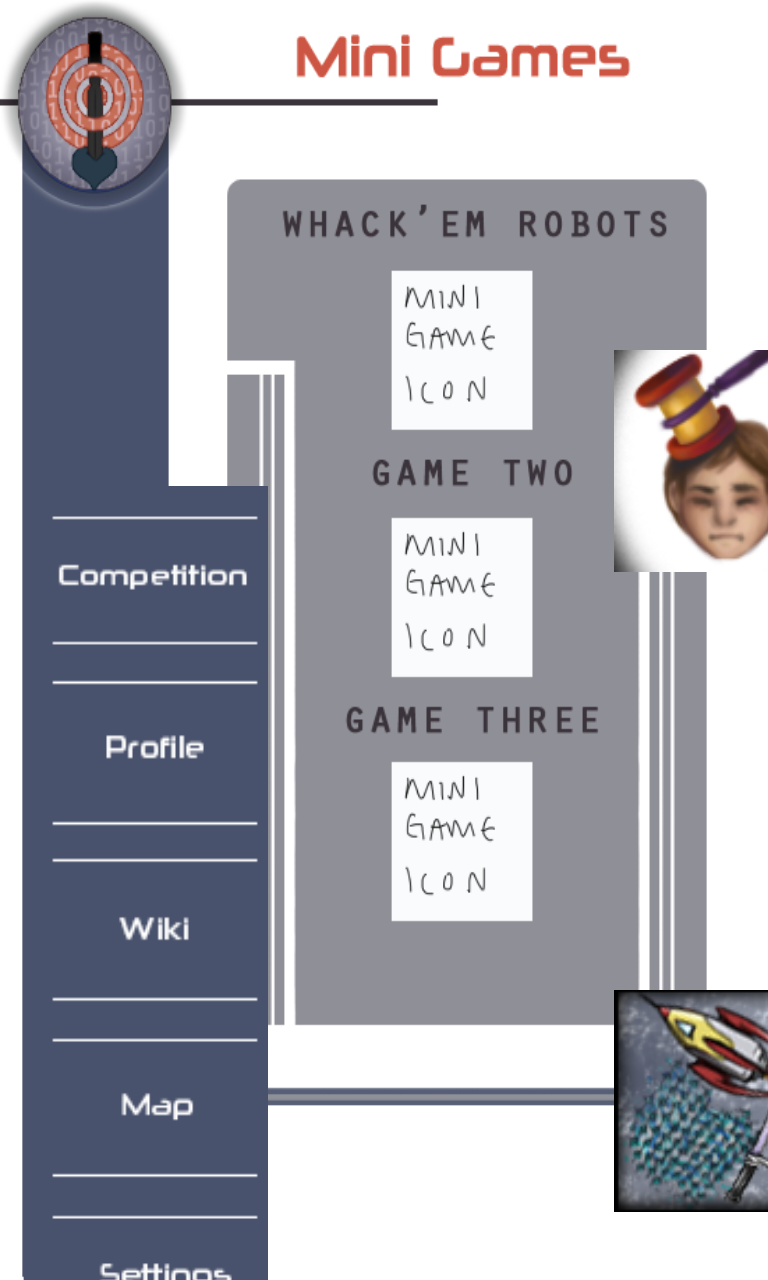
Repository: BU-HuangJ/angrybots_android_app
Layout: workspace/AngryBots/res/layout/activity_robot_minigames.xml
These files come from the project's save history. The layout is drawn as it stood at one moment and after the next save; the edit follows.
It is drawn on a 768 x 1280 px phone screen (xhdpi) without system bars, with theme AppTheme; the app's code is not run.

Above is the layout before, as saved 2013-04-29 17:47:29.

After the next save:
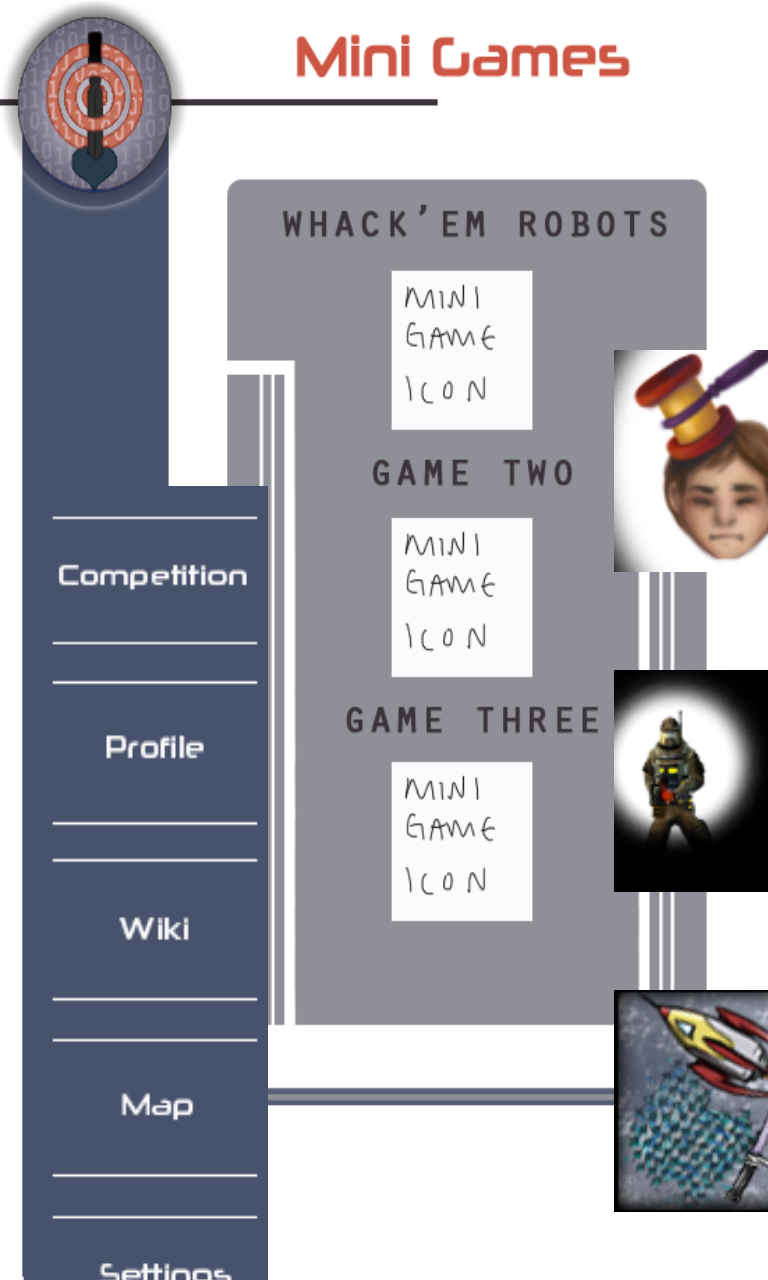
Saved 2 min 29 s later.
--- a/workspace/AngryBots/res/layout/activity_robot_minigames.xml
+++ b/workspace/AngryBots/res/layout/activity_robot_minigames.xml
@@ -56,6 +56,14 @@
         android:layout_width="111dp"
         android:layout_height="111dp"
         android:layout_x="307dp"
+        android:layout_y="335dp"
+        android:src="@drawable/game_two_icon_human" />
+
+    <ImageView
+        android:id="@+id/imageView3"
+        android:layout_width="111dp"
+        android:layout_height="111dp"
+        android:layout_x="307dp"
         android:layout_y="495dp"
         android:src="@drawable/rpc_icon_button" />
 
